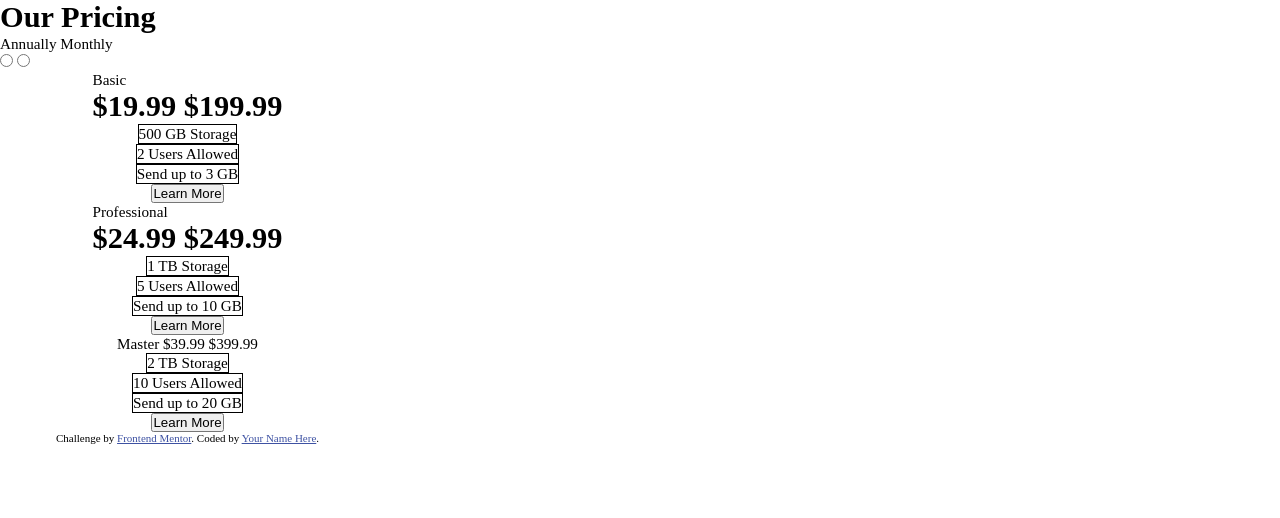
Repository: JuzzJoel/pricing-component-with-toggle-master
Page: index.html
The author's editor kept a copy of each file at every save. The page is drawn from the files as they stood at one save, then again after a run of saves.
The browser window is 1280 px wide. The pictures show the whole page.

Above is the page before, as saved 2025-05-24 08:03:55.

After the next 2 saves:
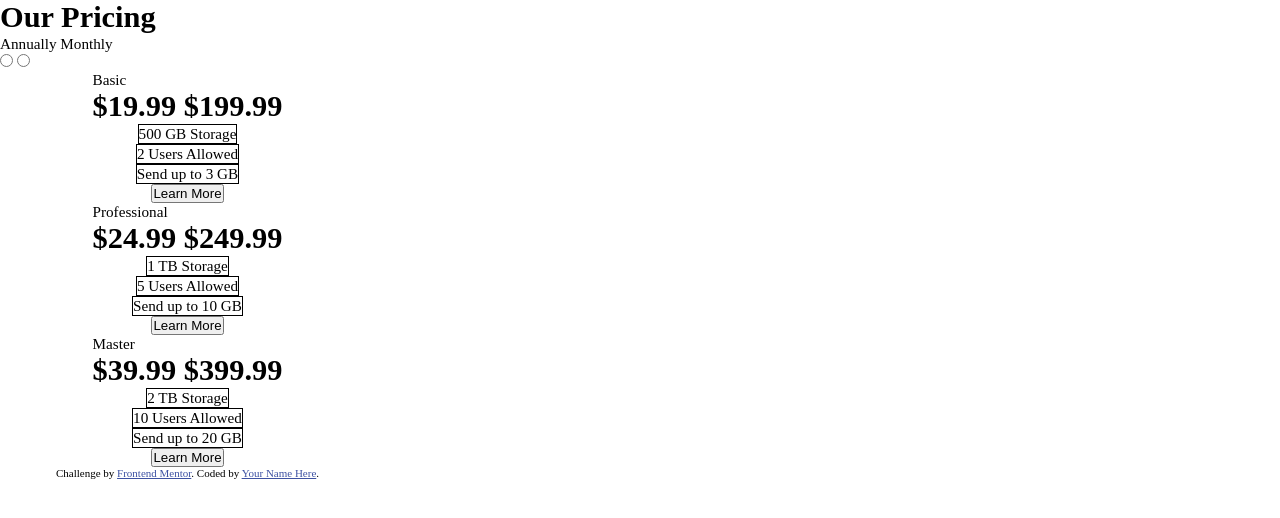
The 2 saves are shown as one change because they came seconds apart.
The last was saved 7 s later.
--- a/index.html
+++ b/index.html
@@ -126,7 +126,7 @@ body{
             <div class="card">
             <div class="rows-head">Professional
               <h1>  &dollar;24.99
-            &dollar;249.99
+            &dollar;249.99 </h1>
           </div>
             <div class="rows">1 TB Storage</div>
             <div class="rows">5 Users Allowed</div>
@@ -137,7 +137,7 @@ body{
           <div class="card-container">
             <div class="card">
             <div class="rows-head">Master
-            &dollar;39.99
+              <h1>   &dollar;39.99
             &dollar;399.99</div>
             <div class="rows">2 TB Storage</div>
             <div class="rows">10 Users Allowed</div>
